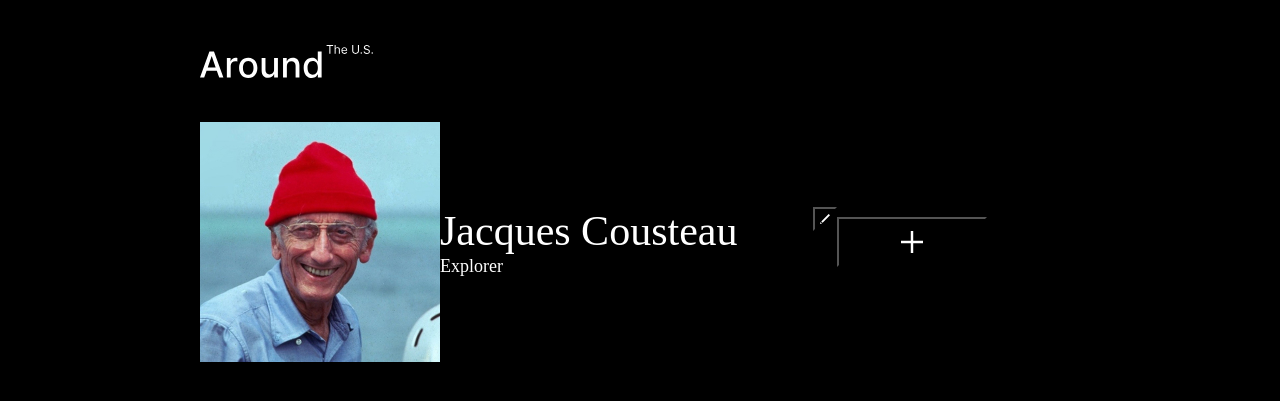
Repository: al-XLeMEsTRE/Around-The-U.S
Page: index.html
These files come from the project's save history. The page is drawn as it stood at one moment and after the next save; the edit follows.
The browser window is 1280 px wide. The pictures show the whole page.

Above is the page before, as saved 2023-12-12 15:43:45.

### index.html
<!DOCTYPE html>
<html lang="en">
  <head>
    <meta charset="UTF-8" />
    <meta name="viewport" content="width=device-width, initial-scale=1" />
    <meta name="author" content="Gregory Alexandre" />
    <meta
      name="description"
      content="Discover breathtaking landscapes across the U.S. with our travel guide inspired by the legendary explorer Jacques Cousteau. Explore Yosemite Valley, Lake Louise, and the Bald Mountains."
    />
    <meta
      name="keywords"
      content="Jacques Cousteau, explorer, exploration, travel, adventure, nature, landscapes, Yosemite Valley, Lake Louise, Bald Mountains, scenic views, national parks, outdoor photography, travel inspiration"
    />
    <title>Around the U.S</title>
    <link rel="shortcut icon" href="./favicon.ico" />
    <link rel="stylesheet" type="text/css" href="./pages/index.css" />
    <!-- Additional tags such as Open Graph and Twitter cards can be added here for social media optimization -->
    <!-- Open Graph meta tags -->
    <meta
      property="og:title"
      content="Explore with Jacques Cousteau | U.S. Landscapes"
    />
    <meta
      property="og:description"
      content="Join the journey through the most picturesque landscapes of the U.S., following in the footsteps of Jacques Cousteau."
    />
    <meta property="og:image" content="./images/og-image.jpg" />
    <meta property="og:type" content="website" />
  </head>

  <body class="page">
    <div class="content">
      <header class="header">
        <img
          src="./images/jacques-cousteau.svg"
          alt="logo"
          class="header__logo"
        />
      </header>
      <main class="main">
        <section class="profile">
          <img
            class="profile__avatar"
            src="./images/jacques-cousteau.jpg"
            alt="avatar"
          />
          <div class="profile__info">
            <h1 class="profile__title">Jacques Cousteau</h1>
            <button class="profile__edit-button" type="button"></button>
            <p class="profile__description">Explorer</p>
          </div>
          <button class="profile__add-button"></button>
        </section>
      </main>
    </div>
  </body>
</html>

### pages/index.css
@import url("../vendor/normalize.css");
@import url("../vendor/fonts.css");
@import url("../blocks/page.css");
@import url("../blocks/header.css");
@import url("../blocks/content.css");
@import url("../blocks/profile.css");
@import url("../blocks/footer.css");
@import url("../blocks/card.css");
@import url("../blocks/cards.css");

### vendor/fonts.css
@font-face {
  font-family: "Inter";
  font-style: normal;
  font-weight: 400;
  font-display: swap;
  src: url("./fonts/Inter-Regular.woff2") format("woff2");
}

@font-face {
  font-family: "Inter";
  font-style: normal;
  font-weight: 500;
  font-display: swap;
  src: url("./fonts/Inter-Medium.woff2") format("woff2");
}

@font-face {
  font-family: "Inter";
  font-style: normal;
  font-weight: 800;
  font-display: swap;
  src: url("./fonts/Inter-ExtraBold.woff2") format("woff2");
}

### blocks/page.css
.page {
  background-color: black;
  color: white;
}

.content {
  margin-left: 200px;
  margin-right: 200px;
}
.header {
  margin-top: 45px;
  width: 880px;
}
.profile {
  display: flex;
  align-items: center;
  padding-top: 40px;
}
.profile__info {
  display: grid;
  grid-template-areas:
    "title button"
    "description description";
  grid-template-columns: minmax(auto, 373px) auto;
}
.profile__edit-button {
  background: transparent url(../images/edit-button.svg) center no-repeat;
  height: 24px;
  width: 24px;
}

.profile__add-button {
  background: transparent url(../images/add-button.svg) center no-repeat;
  width: 150px;
  height: 50px;
  grid-area: button;
}
.profile__title {
  font-size: 42px;
  line-height: 48px;
  font-weight: 500;
  grid-area: title;
  margin: 0;
}

.profile__description {
  font-size: 18px;
  line-height: 22px;
  grid-area: description;
  font-weight: 400;
  margin: 0;
}

Loaded but not shown: vendor/normalize.css (library); blocks/header.css (no stored copy; drawn as an empty file); blocks/content.css (no stored copy; drawn as an empty file); blocks/profile.css (no stored copy; drawn as an empty file); blocks/footer.css (no stored copy; drawn as an empty file); blocks/card.css (no stored copy; drawn as an empty file); blocks/cards.css (no stored copy; drawn as an empty file)

After the next save:
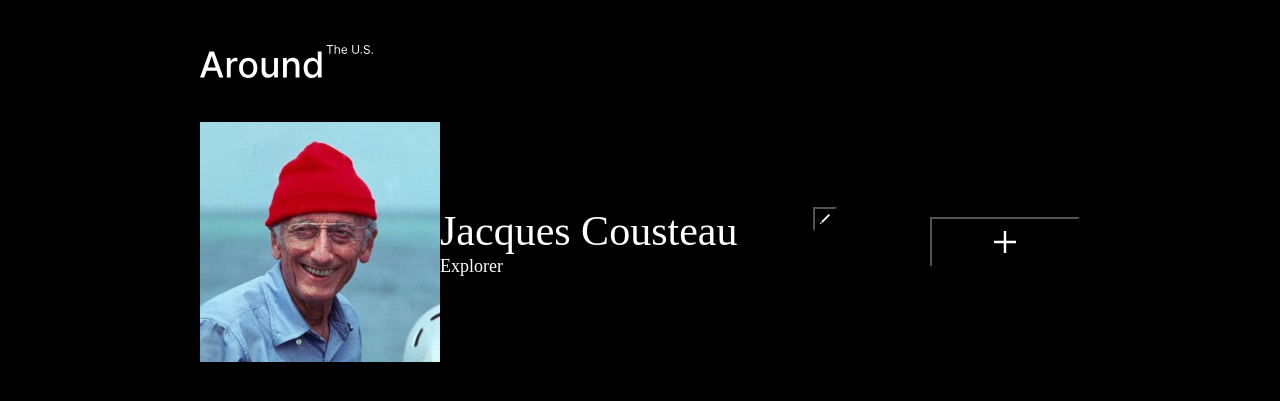
Saved 40 s later.
--- a/blocks/page.css
+++ b/blocks/page.css
@@ -34,6 +34,7 @@
   width: 150px;
   height: 50px;
   grid-area: button;
+  margin-left: auto;
 }
 .profile__title {
   font-size: 42px;
